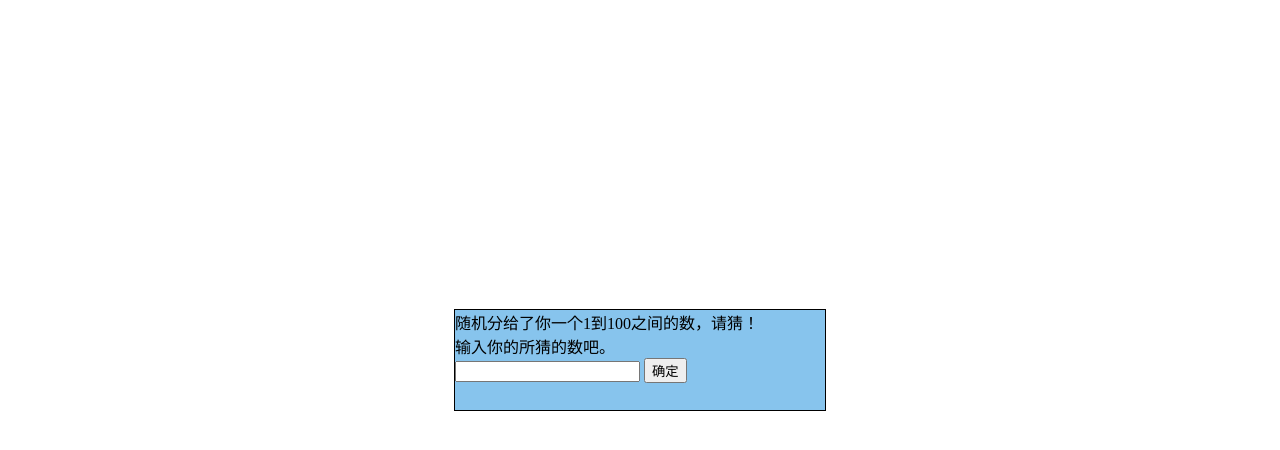
Repository: guirui-li/StudyJavaWeb
Page: http://localhost/JavawebTest/experiment04/getNumber.jsp
These files come from the project's save history. The page is drawn as it stood at one moment and after the next save; the edit follows.
The browser window is 1280 px wide. The pictures show the whole page.
The page is served by Tomcat 9. Other server files are loaded and not shown.

Above is the page before, as saved 2019-05-03 06:57:36.

### JavawebTest/WebContent/experiment04/getNumber.jsp
<%@ page language="java" contentType="text/html; charset=UTF-8"
    pageEncoding="UTF-8"%>
<!DOCTYPE html>
<html>
<head>
<meta charset="UTF-8">
<title>getNumber</title>
	<style type="text/css">
		#div{
			border:1px solid black;
			width:370px;
			height:100px;
			background-color:#87c4ed;
			position:absolute;
			top:50%;
			left:50%;
			transform:translate(-50%,-50%);
		}
	</style>
</head>
<body>
	<%
		int number=(int)(Math.random()*100)+1;
		session.setAttribute("count", new Integer(0));
		session.setAttribute("save", new Integer(number));
	%>
	<div id="div">
	随机分给了你一个1到100之间的数，请猜！
	<br>
	输入你的所猜的数吧。
	<form action="result.jsp" method="post" name="form1">
		<input type="text" name="boy">
		<input type="submit" value="确定" name="submit">
	</form>
	</div>
</body>
</html>

After the next save:
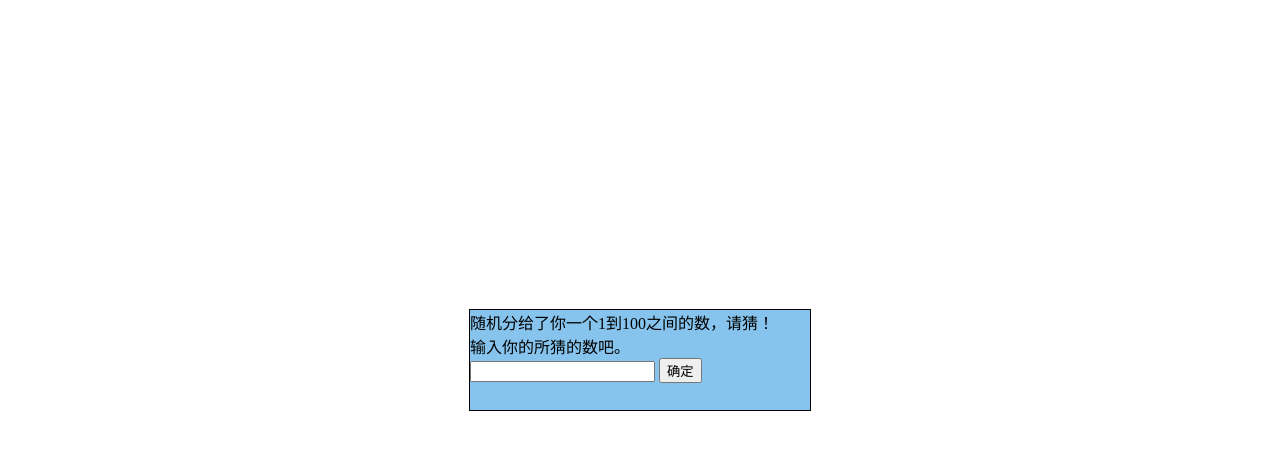
Saved 4 s later.
--- a/JavawebTest/WebContent/experiment04/getNumber.jsp
+++ b/JavawebTest/WebContent/experiment04/getNumber.jsp
@@ -8,7 +8,7 @@
 	<style type="text/css">
 		#div{
 			border:1px solid black;
-			width:370px;
+			width:340px;
 			height:100px;
 			background-color:#87c4ed;
 			position:absolute;
